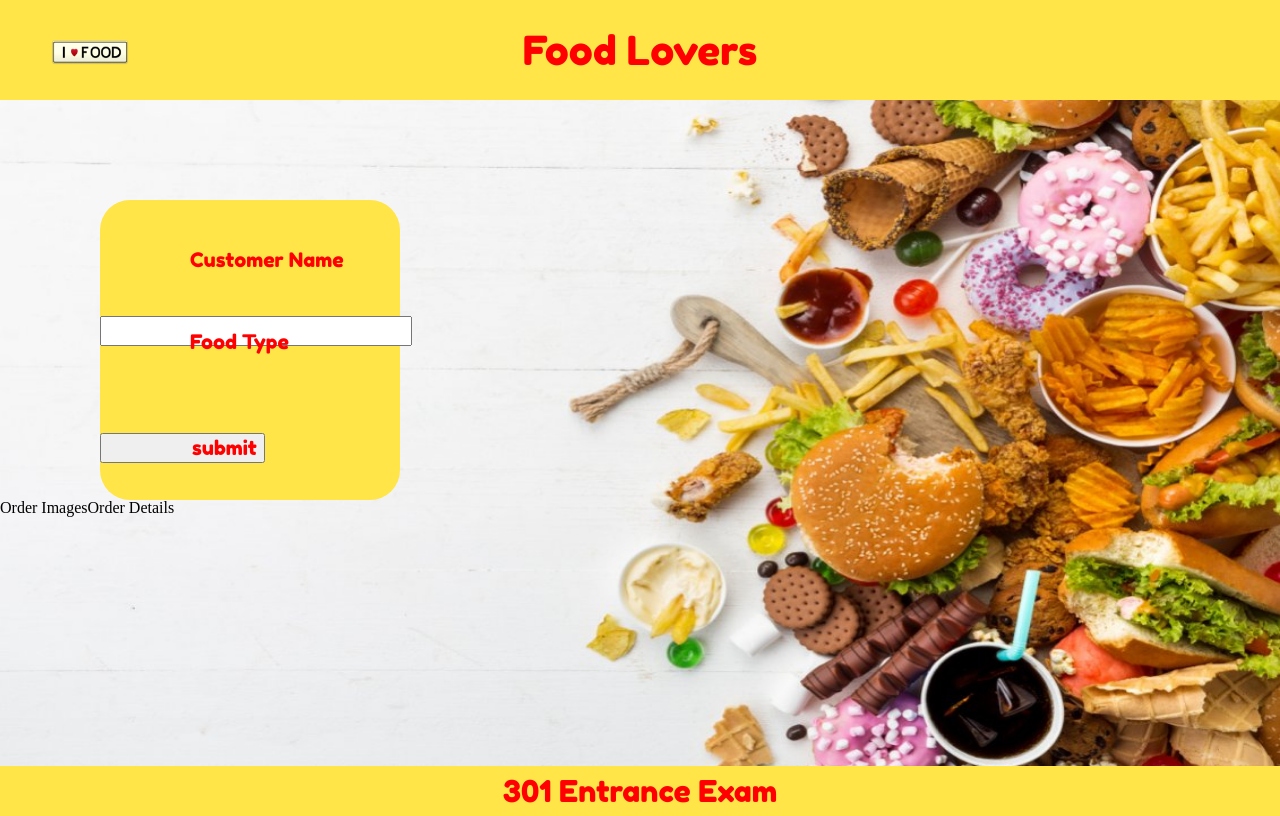
Repository: Razan-am/foodLovers
Page: index.html
An editor plug-in stored every save of this project. The page is shown before and after the next save, followed by the edit.
The browser window is 1280 px wide. The pictures show the whole page.

Above is the page before, as saved 2021-06-01 11:16:41.

### index.html
<!DOCTYPE html>
<html lang="en">

<head>
    <meta charset="UTF-8">
    <meta http-equiv="X-UA-Compatible" content="IE=edge">
    <meta name="viewport" content="width=device-width, initial-scale=1.0">
    <title>Food Lovers</title>
    <link rel="preconnect" href="https://fonts.gstatic.com">
    <link href="https://fonts.googleapis.com/css2?family=Fredoka+One&display=swap" rel="stylesheet">
    <link rel="stylesheet" href="css/reset.css">
    <link rel="stylesheet" href="css/style.css">
</head>

<body>
    <header>
        <h1>Food Lovers</h1>
        <img src="images/css images/logo.png" alt="logo">
    </header>
    <main>
        <form action="" id="myForm">
            <fieldset>
                <label for="name">Customer Name</label>
                <br/><br/>
                <input type="text" id="name" name="name">
                <br/><br/>
                <label for="food">Food Type</label>
                <br/><br/>
                <select name="food" id="food">
                    <option value="shawarma">shawarma</option>
                    <option value="pizza">pizza</option>
                    <option value="burger">burger</option>
                </select>
                <br/><br/>
                <input type="submit" value="submit">
            </fieldset>
        </form>
        <table id="myTable">
            <tr>
                <th>Order Images</th>
                <th>Order Details</th>
            </tr>
        </table>
        <img src="images/css images/background.jpg" alt="backGround">
    </main>
    <footer>
        <p>301 Entrance Exam </p>
    </footer>
    <script src="js/app.js"></script>
</body>

</html>

### css/style.css
*{
    box-sizing: border-box;
}
header{
    background-color: rgba(255, 229, 72, 255);
    height: 100px;
}
h1{
    font-family: 'Fredoka One', cursive;
    color: red;
    text-align: center;
    font-size: 40px;
    font-weight: lighter;
    padding-top: 30px;
}

header img{
    top: 2px;
    left: 30px;
    position: absolute;
    width: 120px;
    height: 100px;
}
main img{
    top: 50px;
    position: absolute;
    z-index: -1;
    width: 100%;
    height: 100%;
}
form{
    display: inline-block;
    background-color:  rgba(255, 229, 72, 255);
    margin-top: 100px;
    margin-left: 100px;
    width: 300px;
    height: 300px;
    border-radius: 30px;
}
form label{
    top: 50px;
    position: relative;
    padding-left: 90px;
    font-size: 20px;
    color: red;
    font-family: 'Fredoka One', cursive;
}
form input{
    top: 80px;
    position: relative;
    padding-left: 90px;
    font-size: 20px;
    color: red;
    font-family: 'Fredoka One', cursive;
}
table img{
    width: 50px;
    height: 50px;
}
table p{
    color: black;
    font-family: 'Fredoka One', cursive;
}
footer{
    background-color: rgba(255, 229, 72, 255);
    margin-top: 250px;
    height: 50px;
}
footer p{
    text-align: center;
    color: red;
    font-size: 30px;
    padding-top: 10px;
    font-family: 'Fredoka One', cursive;
}

### js/app.js
'use strict';

let myForm = document.getElementById('myForm');
let myTable = document.getElementById('myTable');


let mainArr = [];
function Foods(userName,foodType){
    this.userName=userName;
    this.foodType=foodType;
    this.img=`images/${foodType}.jpg`
    mainArr.push(this);
}
console.log(mainArr);

myForm.addEventListener('submit',handleEvent);
function handleEvent(event){
    event.preventDefault();

    let userName = event.target.name.value;
    let foodType = event.target.food.value;
    console.log(foodType);
    new Foods(userName,foodType);
    setting();
    render();
}

function randomNumber(min,max){
    min = Math.ceil(min);
    max = Math.floor(max);
    return Math.floor(Math.random() * (max - min) + min)
}

function render(){
    let tBody = document.createElement('tr');
    myTable.appendChild(tBody);

    for (let index = 0; index < mainArr.length; index++) {
        tBody.textContent='';

        let td1 = document.createElement('td');
        tBody.appendChild(td1);

        let imgEl = document.createElement('img');
        td1.appendChild(imgEl);
        imgEl.setAttribute('src', mainArr[index].img);

        let td2 = document.createElement('td');
        tBody.appendChild(td2);

        let pEl1 = document.createElement('p');
        td2.appendChild(pEl1);
        pEl1.textContent=`Customer Name:${mainArr[index].userName}`;
        let pEl2 = document.createElement('p');
        td2.appendChild(pEl2);
        pEl2.textContent=`Food Type:${mainArr[index].foodType}`;
        let pEl3 = document.createElement('p');
        td2.appendChild(pEl3);
        pEl3.textContent=`Food Price:${randomNumber(1,100)}`;


    }
}

function setting(){
    let data = JSON.stringify(mainArr);
    localStorage.setItem('information',data);
}

function getting(){
    let stringObj = localStorage.getItem('information');
    let normalObj = JSON.parse(stringObj);

    if(normalObj !== null){
        mainArr = normalObj;
    }
    render();
}
getting();

Loaded but not shown: css/reset.css (common file)

After the next save:
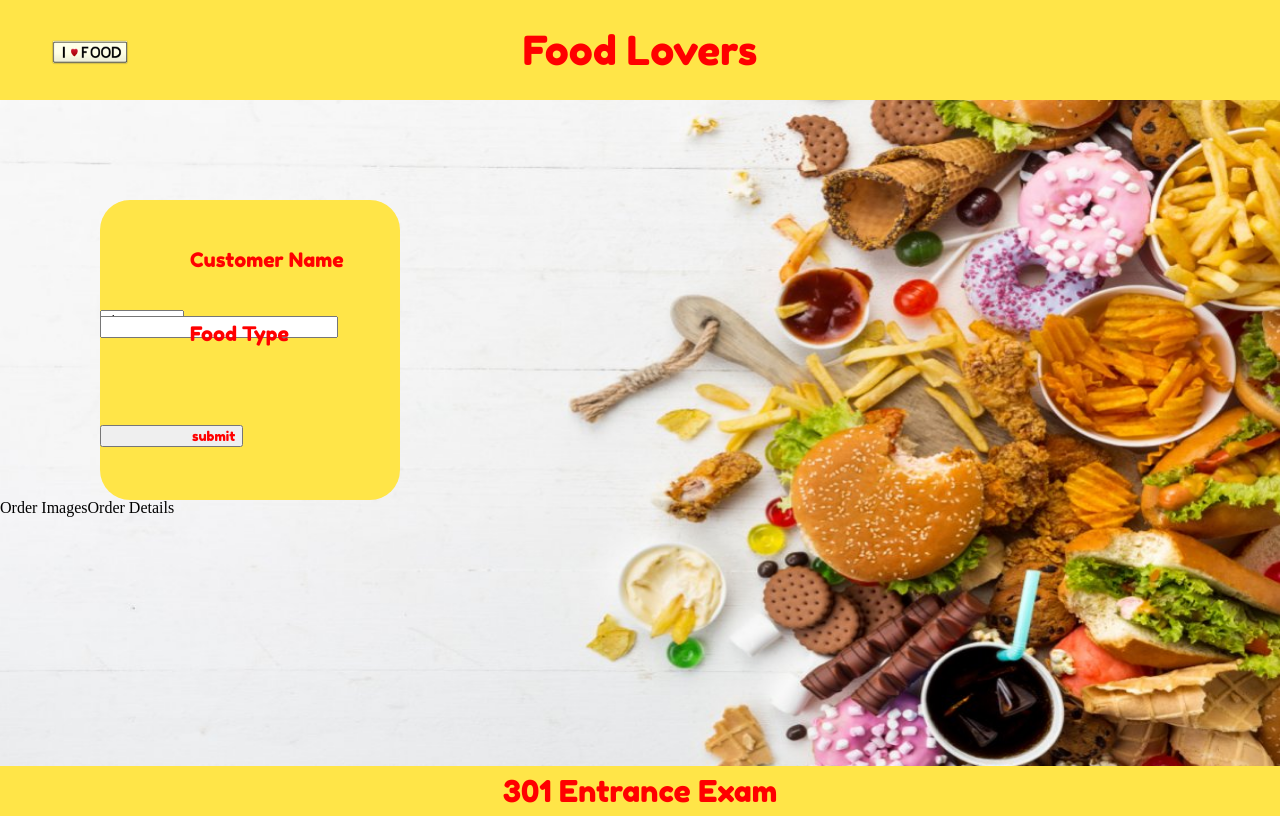
Saved 6 s later.
--- a/css/style.css
+++ b/css/style.css
@@ -49,7 +49,7 @@ form input{
     top: 80px;
     position: relative;
     padding-left: 90px;
-    font-size: 20px;
+    /* font-size: 20px; */
     color: red;
     font-family: 'Fredoka One', cursive;
 }
